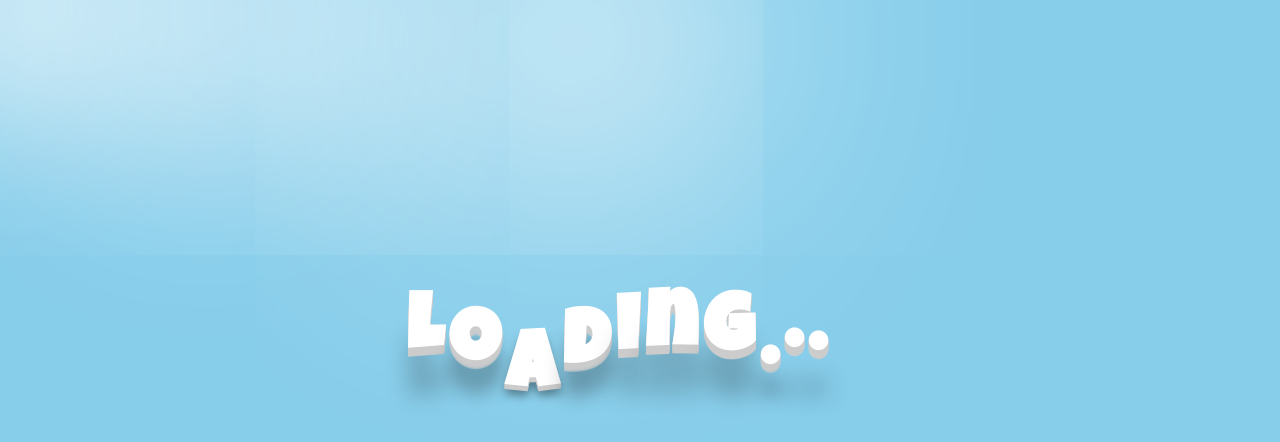
Repository: BlackCat328/CSS_Animation
Page: 2.文字弹动/index.html
The author's editor kept a copy of each file at every save. The page is drawn from the files as they stood at one save, then again after the next save.
The browser window is 1280 px wide. The pictures show the whole page.

Above is the page before, as saved 2022-11-13 20:49:51.

After the next save:
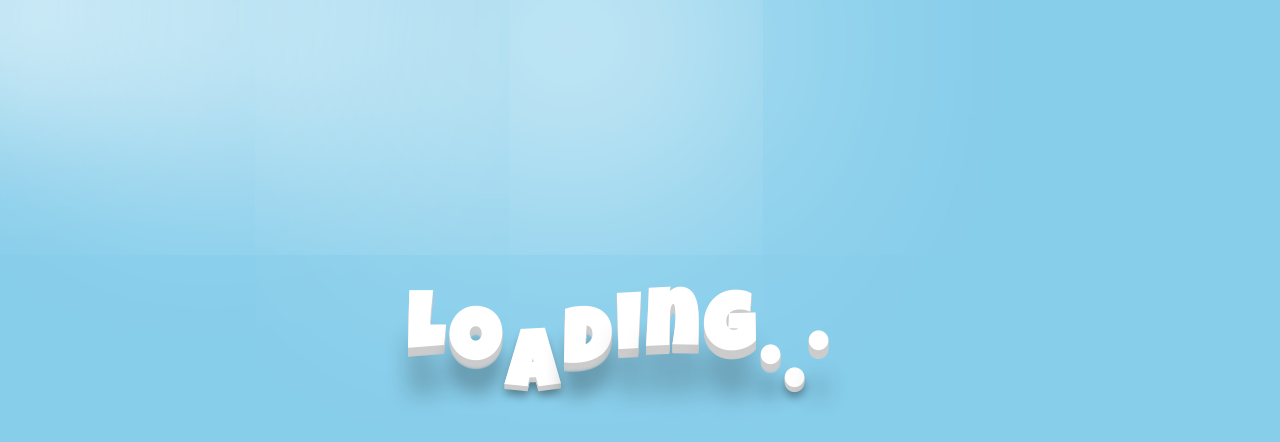
Saved 4 s later.
--- a/2.文字弹动/index.css
+++ b/2.文字弹动/index.css
@@ -97,10 +97,16 @@ h1 span:nth-child(5) {
 
 h1 span:nth-child(6) {
     animation-delay: .5s;
-}h1 span:nth-child(7) {
+}
+
+h1 span:nth-child(7) {
     animation-delay: .6s;
-}h1 span:nth-child(8) {
+}
+
+h1 span:nth-child(8) {
     animation-delay: .7s;
-}h1 span:nth-child(9) {
-    animation-delay: .5s;
 }
+
+h1 span:nth-child(9) {
+    animation-delay: .8s;
+}
